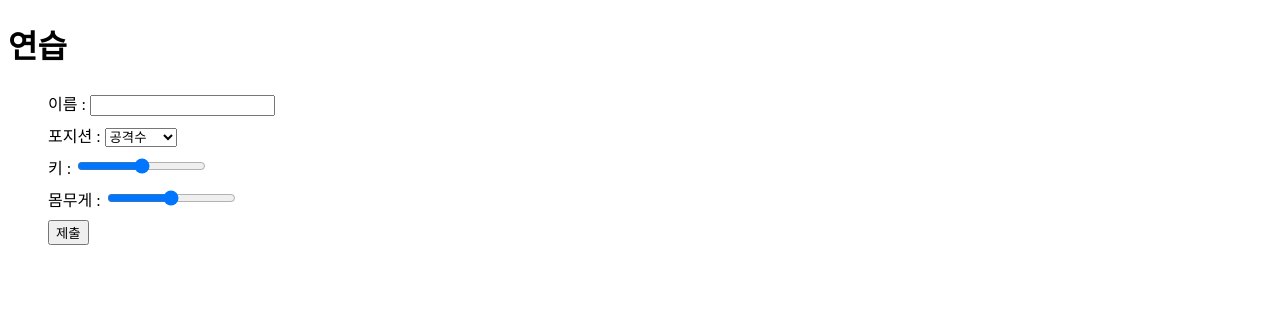
Repository: Simyoungdo04/dynamic-workspace
Page: FirstProject/src/main/webapp/views/practice.html
These files come from the project's save history. The page is drawn as it stood at one moment and after the next save; the edit follows.
The browser window is 1280 px wide. The pictures show the whole page.

Above is the page before, as saved 2026-05-04 08:41:01.

### FirstProject/src/main/webapp/views/practice.html
<!DOCTYPE html>
<html>
<head>
<meta charset="UTF-8">
<title>Insert title here</title>
<style>
	ul{
		list-style: none;
		line-height: 200%;
	}
</style>
</head>
<body>
	<h1>연습</h1>
	<form method="get" action="http://localhost:8088/first/practice.do">
		<ul>
			<li>
				이름 : <input type="text" name="name"/>
			</li>
			<li>
				포지션 :
				<select name="position">
					<option>공격수</option>
					<option>미드필더</option>
					<option>수비수</option>
				</select>
			</li>
			<li>
				키 : <input type="range" min="160" max="210" name="height"/>
			</li>
			<li>
				몸무게 : <input type="range" min="50" max="120" name="weight"/>
			</li>
			<li>

			</li>
			<li>

			</li>
			<li>

			</li>
			<li>

			</li>
			<li>

			</li>
			<li>
				<button type="submit">제출</button>
			</li>
		</ul>
	</form>
</body>
</html>

After the next save:
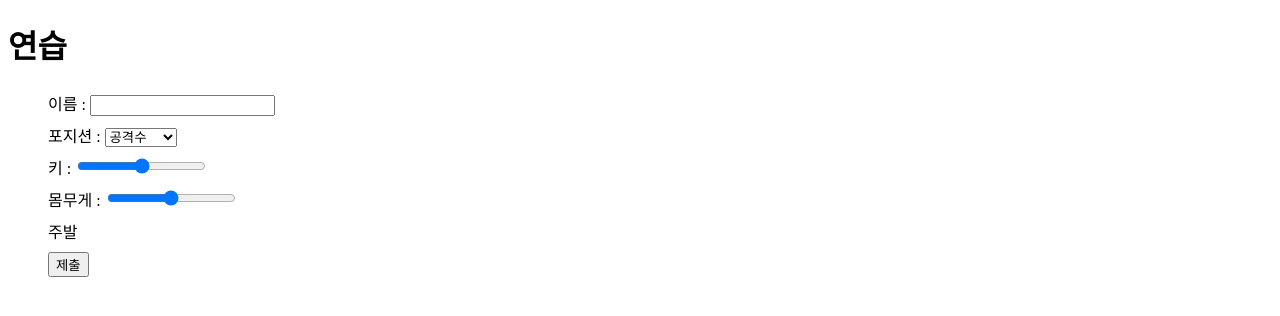
Saved 12 s later.
--- a/FirstProject/src/main/webapp/views/practice.html
+++ b/FirstProject/src/main/webapp/views/practice.html
@@ -32,7 +32,7 @@
 				몸무게 : <input type="range" min="50" max="120" name="weight"/>
 			</li>
 			<li>
-
+				주발
 			</li>
 			<li>
 
